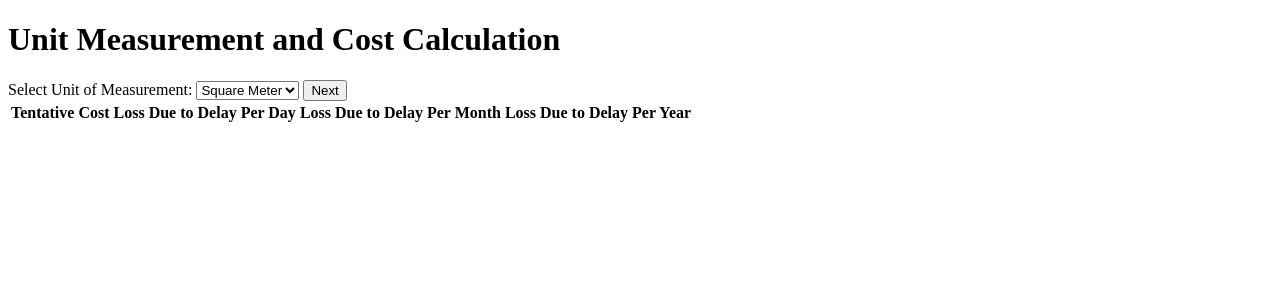
Repository: Madhava-IT-Solutions/yaminikollumittasks
Page: CONSTRUCTION DURATION/DURATION/duaration.html
An editor plug-in stored every save of this project. The page is shown before and after the next save, followed by the edit.
The browser window is 1280 px wide. The pictures show the whole page.

Above is the page before, as saved 2024-12-22 18:36:12.
Console error: TypeError: Cannot read properties of null (reading 'getContext')

### CONSTRUCTION DURATION/DURATION/duaration.html
<!DOCTYPE html>
<html lang="en">
<head>
  <meta charset="UTF-8">
  <meta name="viewport" content="width=device-width, initial-scale=1.0">
  <title>Unit Measurement and Cost Calculation</title>
  <link rel="stylesheet" href="styles.css">
</head>
<body>
  <div class="container">
    <h1>Unit Measurement and Cost Calculation</h1>
    <form id="unitForm">
      <label for="unitSelect">Select Unit of Measurement:</label>
      <select id="unitSelect" required>
        <option value="squareMeter">Square Meter</option>
        <option value="squareYard">Square Yard</option>
        <option value="squareFeet">Square Feet</option>
      </select>
      <button type="button" id="nextButton">Next</button>
    </form>
    <div id="resultTable" class="hidden">
      <table>
        <thead>
          <tr>
            <th>Tentative Cost</th>
            <th>Loss Due to Delay Per Day</th>
            <th>Loss Due to Delay Per Month</th>
            <th>Loss Due to Delay Per Year</th>
          </tr>
        </thead>
        <tbody id="tableBody"></tbody>
      </table>
    </div>
  </div>
  <script src="script.js"></script>
</body>
</html>

### CONSTRUCTION DURATION/DURATION/script.js
document.addEventListener('DOMContentLoaded', function () {
    const ctx = document.getElementById('ganttChart').getContext('2d');
    const tasks = [
        'Building plan & approvals', 'Excavation', 'Soakpit/Septic tank', 'Dug well/Borewell',
        'Foundation & Plinth beams', 'Backfilling', 'RCC Column starters',
        'Columns, Roof slab, Beams & Staircase', 'Brickwork, Lintels, Sunshades',
        'Doors & windows', 'Installation of doors and windows',
        'Electrical Wiring & Accessories', 'Plumbing work',
        'Sanitary Installation', 'Plastering', 'Flooring', 'Painting',
        'POP False ceiling', 'Modular Kitchen', 'Boundary wall',
        'Water Connection', 'Electrical connection'
    ];

    const taskSchedules = [
        [1, 90], [1, 2], [1, 20], [1, 2], [3, 22],
        [25, 28], [25, 31], [32, 76], [91, 120], [1, 30],
        [121, 135], [131, 140], [141, 147], [148, 152],
        [153, 172], [173, 190], [191, 205], [171, 178],
        [179, 185], [121, 126], [1, 30], [1, 90]
    ];

    const taskColors = tasks.map((task, index) => {
        const criticalTasks = [
            'Excavation', 'Foundation & Plinth beams', 'RCC Column starters',
            'Columns, Roof slab, Beams & Staircase', 'Brickwork, Lintels, Sunshades',
            'Installation of doors and windows', 'Electrical Wiring & Accessories',
            'Plumbing work', 'Sanitary Installation', 'Plastering', 'Flooring', 'Painting'
        ];
        const parallelTasks = [
            'Building plan & approvals', 'Soakpit/Septic tank', 'Dug well/Borewell',
            'Backfilling', 'Doors & windows', 'POP False ceiling',
            'Boundary wall', 'Water Connection', 'Electrical connection'
        ];
        const individualTasks = ['Modular Kitchen'];

        if (criticalTasks.includes(task)) return 'rgba(255, 99, 132, 0.5)';
        if (parallelTasks.includes(task)) return 'rgba(255, 206, 86, 0.5)';
        if (individualTasks.includes(task)) return 'rgba(75, 192, 192, 0.5)';
        return 'rgba(201, 203, 207, 0.5)';
    });

    const data = {
        labels: tasks,
        datasets: [{
            label: 'Construction Schedule',
            data: taskSchedules.map((range, index) => ({ x: range, y: index })),
            backgroundColor: taskColors,
            borderColor: taskColors.map(color => color.replace('0.5', '1')),
            borderWidth: 1,
            borderSkipped: false,
            barThickness: 15
        }]
    };

    const config = {
        type: 'bar',
        data,
        options: {
            indexAxis: 'y',
            responsive: true,
            scales: {
                x: {
                    beginAtZero: true,
                    title: {
                        display: true,
                        text: 'No.of Days'
                    }
                },
                y: {
                    title: {
                        display: true,
                        text: 'Activity'
                    }
                }
            },
            plugins: {
                tooltip: {
                    enabled: false
                }
            }
        },
        plugins: [{
            afterDatasetDraw(chart) {
                const { ctx, chartArea: { left, top }, scales: { y, x } } = chart;

                chart.data.datasets[0].data.forEach((dataPoint, index) => {
                    const schedule = taskSchedules[index];
                    const xPosition = x.getPixelForValue(schedule[1]) + 10; // Position text slightly after the bar
                    const yPosition = y.getPixelForValue(index);

                    ctx.fillStyle = 'black';
                    ctx.font = '12px Arial';
                    ctx.fillText(`(${schedule[0]} - ${schedule[1]})`, xPosition, yPosition + 5);
                });
            }
        }]
    };

    new Chart(ctx, config);
});

Loaded but not shown: CONSTRUCTION DURATION/DURATION/styles.css (no stored copy; drawn as an empty file)

After the next save:
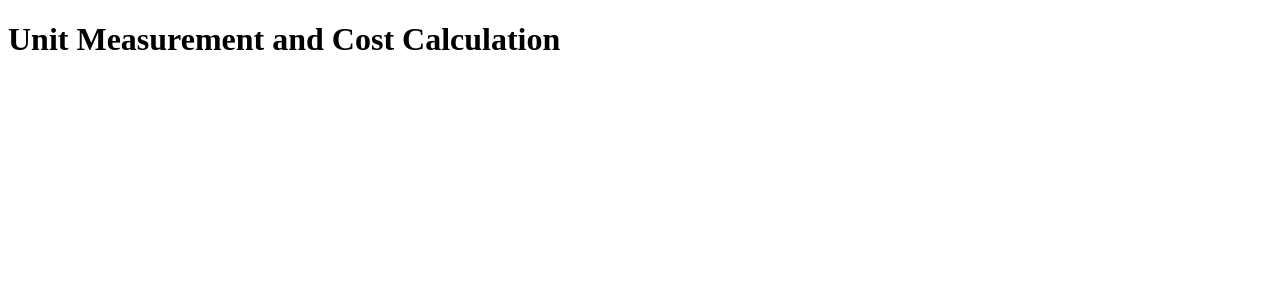
Saved 14 s later.
--- a/CONSTRUCTION DURATION/DURATION/duaration.html
+++ b/CONSTRUCTION DURATION/DURATION/duaration.html
@@ -9,29 +9,7 @@
 <body>
   <div class="container">
     <h1>Unit Measurement and Cost Calculation</h1>
-    <form id="unitForm">
-      <label for="unitSelect">Select Unit of Measurement:</label>
-      <select id="unitSelect" required>
-        <option value="squareMeter">Square Meter</option>
-        <option value="squareYard">Square Yard</option>
-        <option value="squareFeet">Square Feet</option>
-      </select>
-      <button type="button" id="nextButton">Next</button>
-    </form>
-    <div id="resultTable" class="hidden">
-      <table>
-        <thead>
-          <tr>
-            <th>Tentative Cost</th>
-            <th>Loss Due to Delay Per Day</th>
-            <th>Loss Due to Delay Per Month</th>
-            <th>Loss Due to Delay Per Year</th>
-          </tr>
-        </thead>
-        <tbody id="tableBody"></tbody>
-      </table>
-    </div>
-  </div>
+
   <script src="script.js"></script>
 </body>
 </html>
